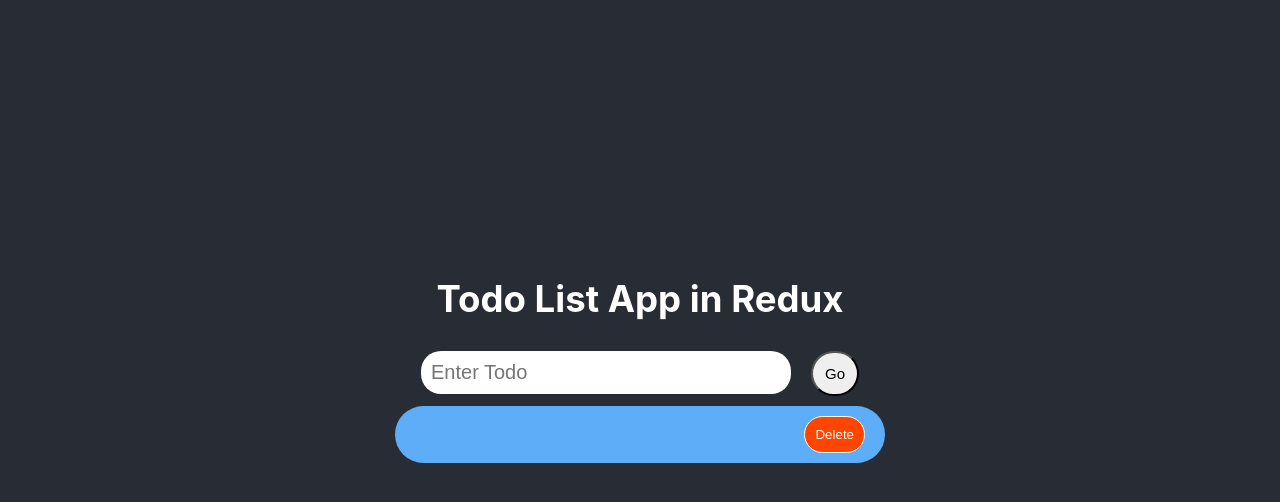
Repository: mahsa199170/React-Redux-Projects
Page: / (app in redux-todo-list/)
These files come from the project's save history. The page is drawn as it stood at one moment and after the next save; the edit follows.
The browser window is 1280 px wide. The pictures show the whole page.
The project was rebuilt for these pictures with package versions that can differ from the ones it lists, and the page was loaded fresh each time. Also part of the build but not shown: redux-todo-list/src/components/Count.js.

Above is the page before, as saved 2024-10-24 18:30:15.

After the next save:
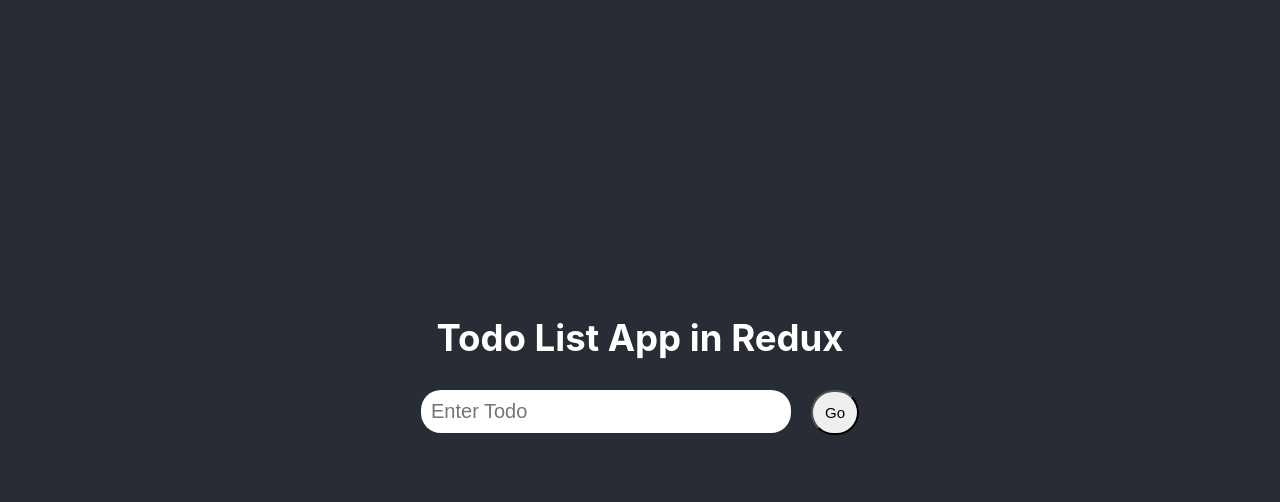
Saved 28 s later.
--- a/redux-todo-list/src/components/todo/Todo.js
+++ b/redux-todo-list/src/components/todo/Todo.js
@@ -50,23 +50,25 @@
           Go
         </button>
       </form>
-      <ul className="allTodos">
-        <li className="singleTodo">
-          <span className="todoText">{todo}</span>
+      {showlist && (
+        <ul className="allTodos">
+          <li className="singleTodo">
+            <span className="todoText">{todo}</span>
 
-          <button
-            style={{
-              padding: 10,
-              borderRadius: 25,
-              border: '1px solid white',
-              color: 'white',
-              backgroundColor: 'orangered',
-            }}
-          >
-            Delete
-          </button>
-        </li>
-      </ul>
+            <button
+              style={{
+                padding: 10,
+                borderRadius: 25,
+                border: '1px solid white',
+                color: 'white',
+                backgroundColor: 'orangered',
+              }}
+            >
+              Delete
+            </button>
+          </li>
+        </ul>
+      )}
     </>
   );
 };
